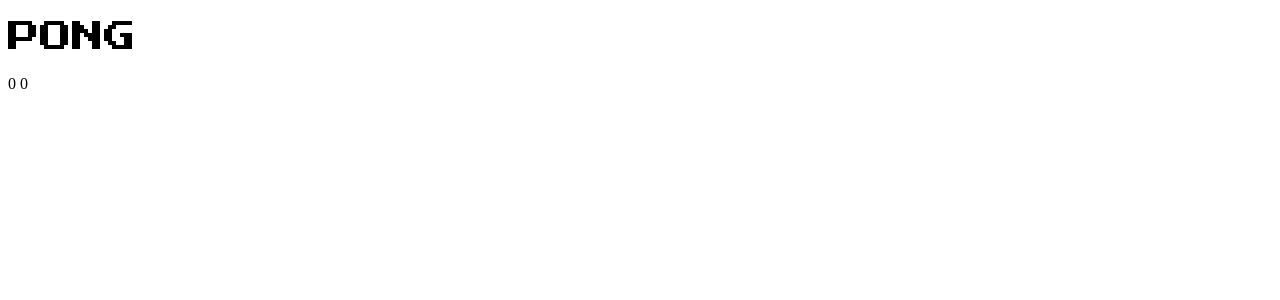
Repository: gogg23/pong-game
Page: index.html
These files come from the project's save history. The page is drawn as it stood at one moment and after the next save; the edit follows.
The browser window is 1280 px wide. The pictures show the whole page.

Above is the page before, as saved 2024-10-08 22:18:32.

### index.html
<!DOCTYPE html>
<html lang="en">
  <head>
    <meta charset="UTF-8" />
    <meta name="viewport" content="width=device-width, initial-scale=1.0" />
    <link rel="preconnect" href="https://fonts.googleapis.com" />
    <link rel="preconnect" href="https://fonts.gstatic.com" crossorigin />
    <link
      href="https://fonts.googleapis.com/css2?family=Press+Start+2P&display=swap"
      rel="stylesheet"
    />
    <link rel="stylesheet" href="styles.css" />
    <script src="script.js"></script>
    <title>The Best PONG Game</title>
  </head>
  <body>
    <h1 class="title">PONG</h1>
    <span class="score player1Score" id="player1Score">0</span>
    <span class="score player2Score" id="player2Score">0</span>
    <h3 class="startText" class="startText"></h3>
  </body>
</html>

### styles.css
h1 {
  font-family: "Press Start 2P", system-ui;
  font-weight: 400;
  font-style: normal;
}

Loaded but not shown: script.js (no stored copy; drawn as an empty file)

After the next save:
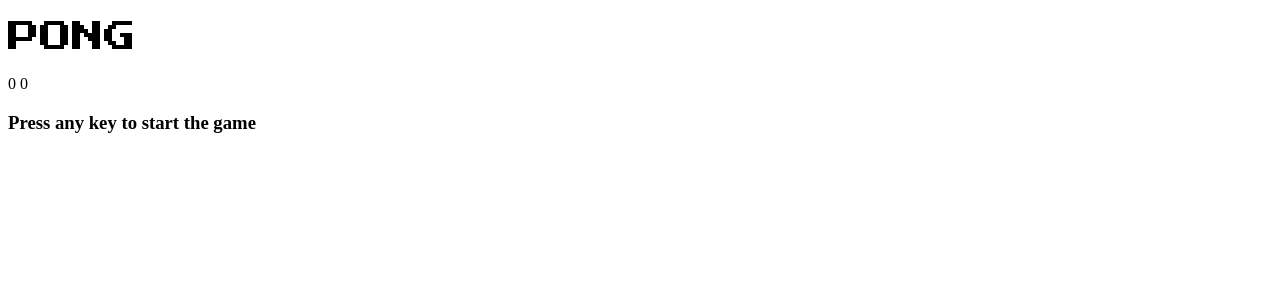
Saved 68 min 56 s later.
--- a/index.html
+++ b/index.html
@@ -17,6 +17,6 @@
     <h1 class="title">PONG</h1>
     <span class="score player1Score" id="player1Score">0</span>
     <span class="score player2Score" id="player2Score">0</span>
-    <h3 class="startText" class="startText"></h3>
+    <h3 class="startText" class="startText">Press any key to start the game</h3>
   </body>
 </html>
